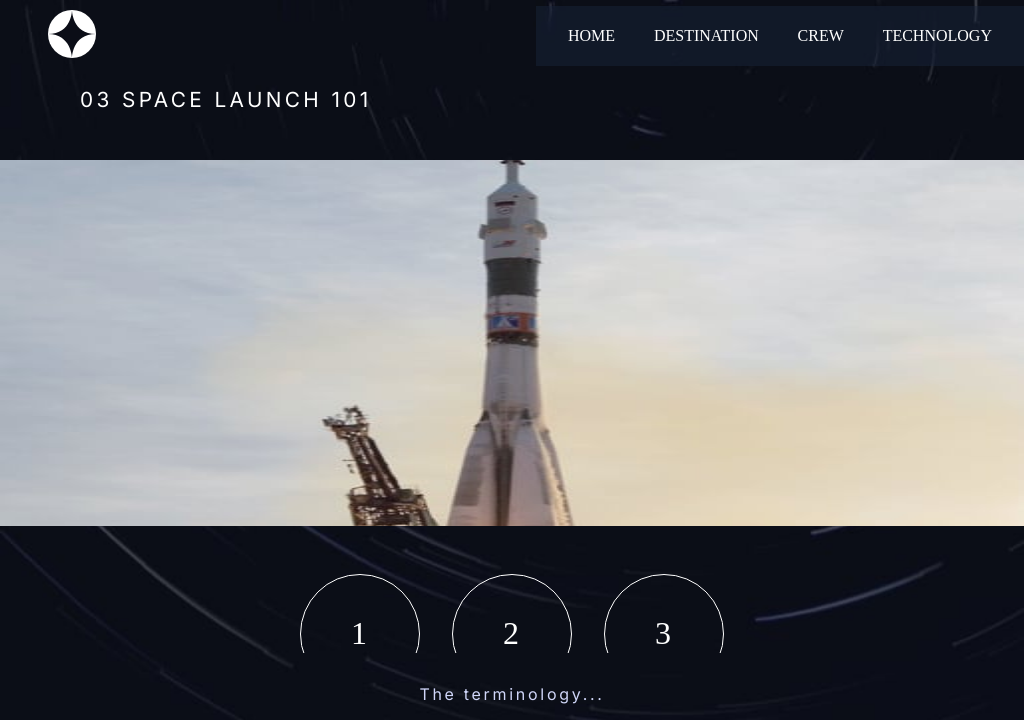
Repository: nilesjamex/space
Page: /Technology
These files come from the project's save history. The page is drawn as it stood at one moment and after the next save; the edit follows.
The browser window is 1024 px wide. The pictures show the whole page.
Some web fonts or font styles are not loaded; a fallback is used. The project was rebuilt for these pictures with package versions that can differ from the ones it lists, and the page was loaded fresh each time. The framework's server and built-in components were replaced by stand-ins that run in the browser. Also part of the build but not shown: next.config.js.

Above is the page before, as saved 2022-01-09 00:15:29.

After the next save:
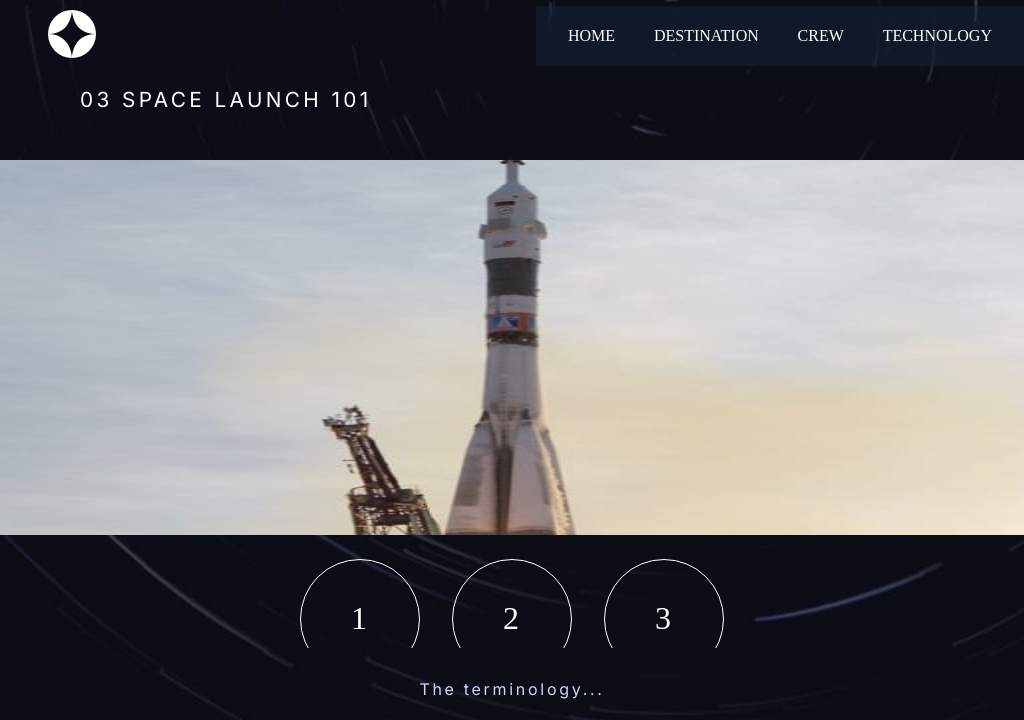
Saved 67 s later.
--- a/Components/Technology/Tech1/Tech.module.css
+++ b/Components/Technology/Tech1/Tech.module.css
@@ -75,7 +75,7 @@
     .numbers {
         display: flex;
         flex-direction: row;
-        margin-top: 2rem;
+        margin-top: 0.5rem;
         justify-content: center;
     }
     .number {
